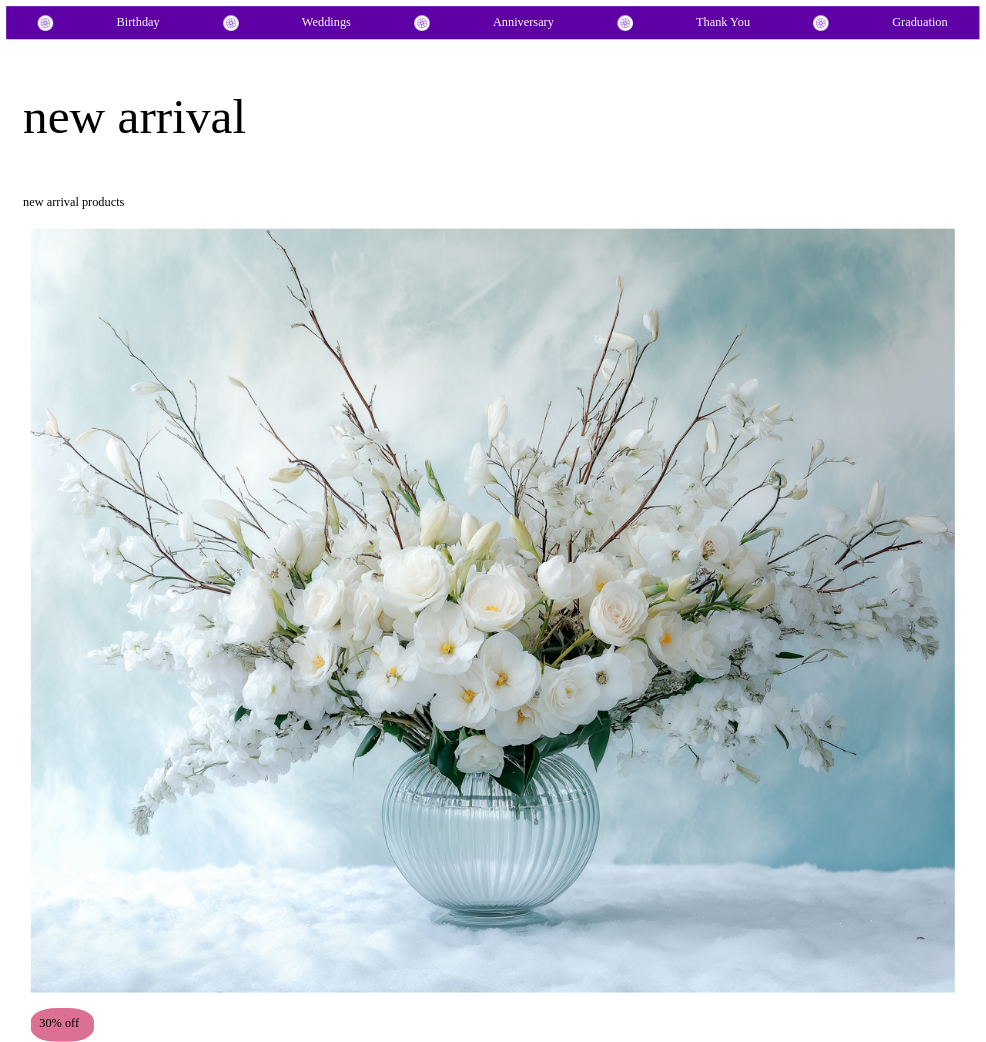
Repository: KolawoleTemilade/classroom-learning
Page: newarrival/index.html
An editor plug-in stored every save of this project. The page is shown before and after the next save, followed by the edit.
The browser window is 1280 px wide. The pictures show the whole page, at 77% of full size.

Above is the page before, as saved 2025-10-01 18:18:39.

After the next save:
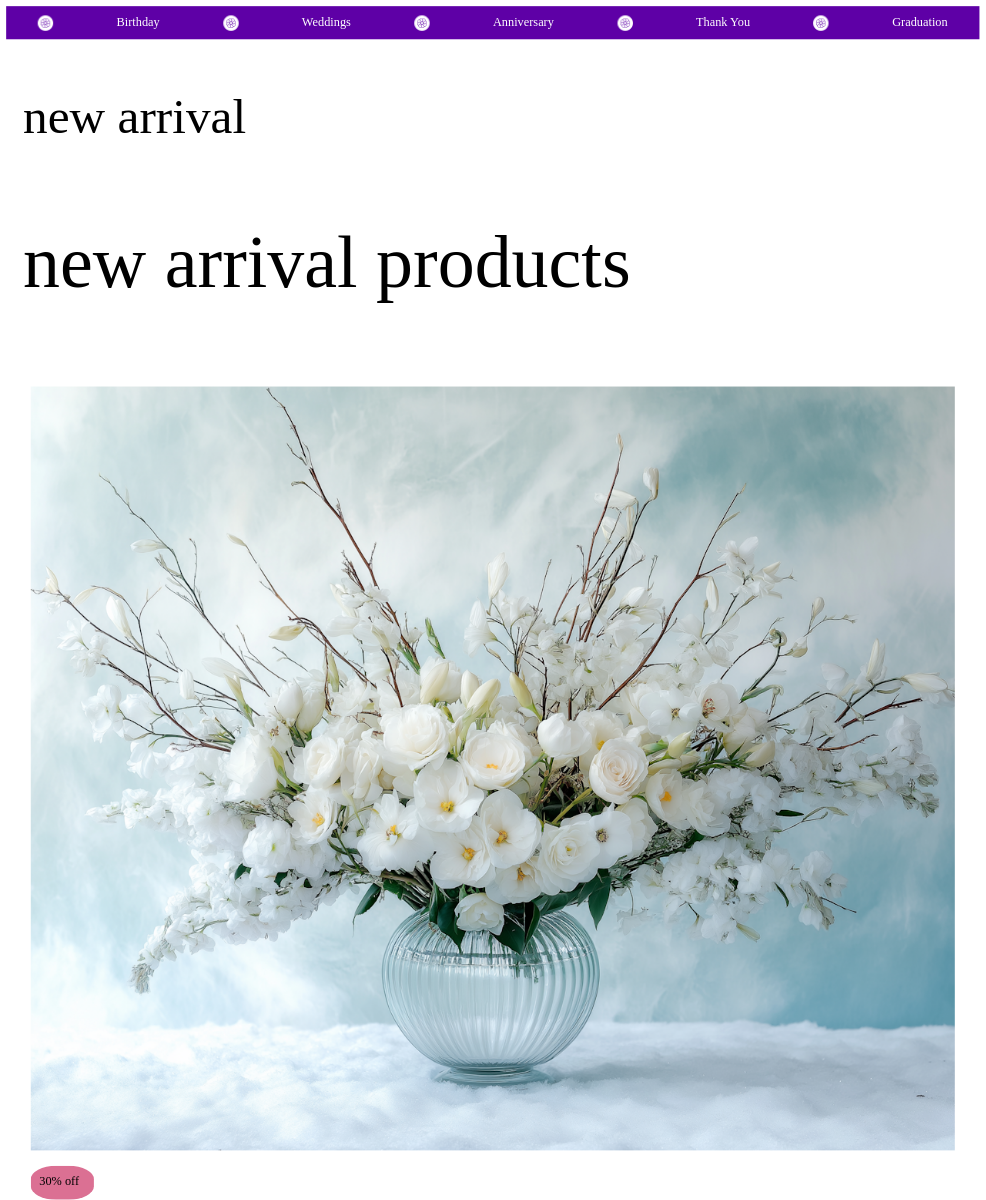
Saved 5 s later.
--- a/newarrival/style.css
+++ b/newarrival/style.css
@@ -23,7 +23,7 @@
 .title1{
     font-size: 4rem;
 }
-.new-arrival-title2 {
+.title2 {
     font-size: 6rem;
 }
 .new-arrival-title > h2 {
